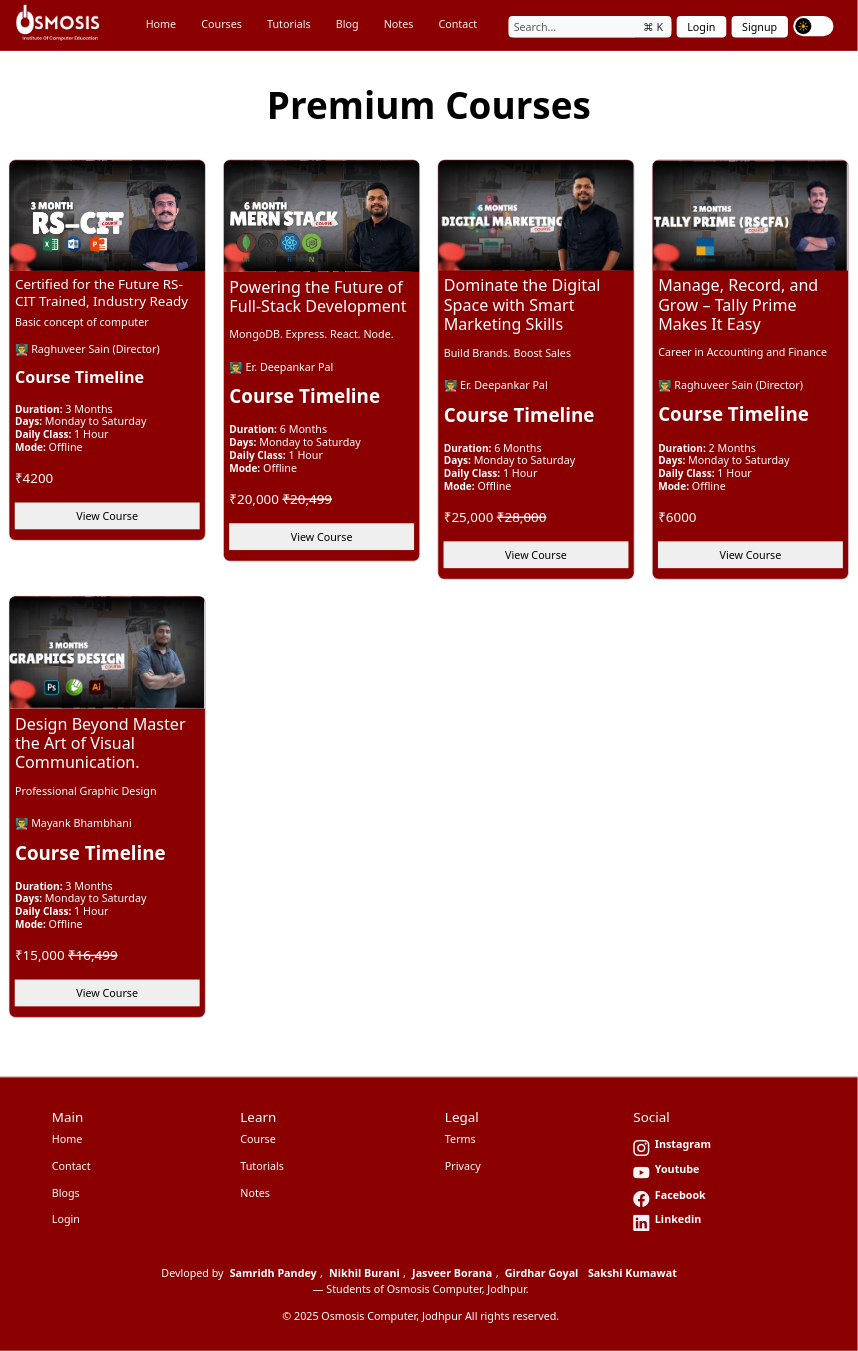
Repository: samriidhpandey/osmosis
Page: /Courses
An editor plug-in stored every save of this project. The page is shown before and after the next save, followed by the edit.
The browser window is 1280 px wide. The pictures show the whole page, at 67% of full size.
The project was rebuilt for these pictures with package versions that can differ from the ones it lists, and the page was loaded fresh each time. Also part of the build but not shown: vite.config.js, src/Section2.jsx, src/Section3.jsx, src/Section4.jsx, src/InfiniteReviewScroll.jsx, src/Section5.jsx, src/TypingText.jsx, src/AnimatedName.jsx and 103 more. Imported but missing from the stored project, and not drawn on this page: src/Images/final-app-on-mobile.mp4, src/Images/final-app-on-pc.mp4, src/Images/open-terminals.mp4, src/Images/python-location.mp4.

Above is the page before, as saved 2025-07-21 16:34:38.

After the next save:
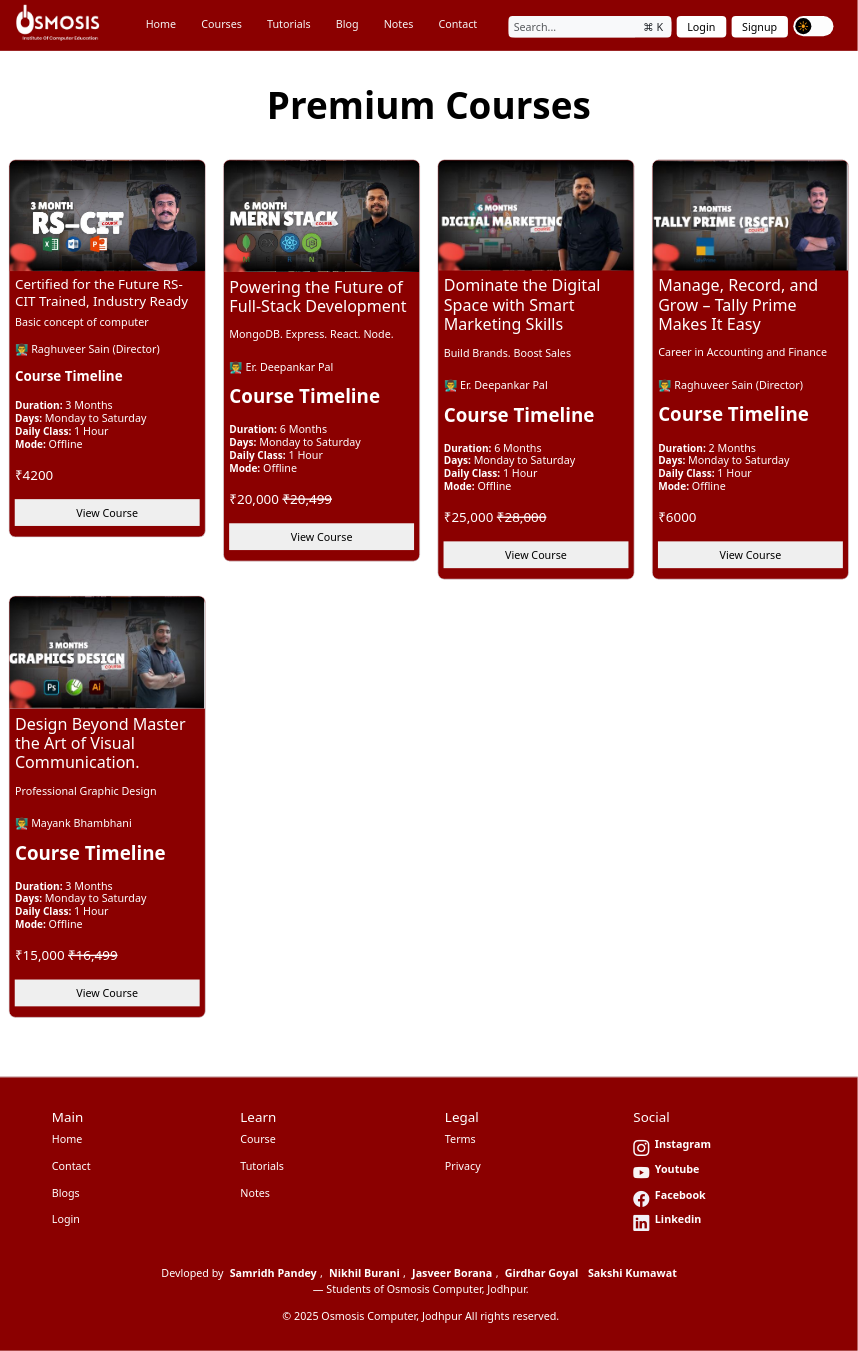
Saved 20 s later.
--- a/src/Component2/Courses.jsx
+++ b/src/Component2/Courses.jsx
@@ -54,7 +54,7 @@
             <h5 className=''>Certified for the Future RS-CIT Trained, Industry Ready</h5>
             <p className=''>Basic concept of computer</p>
             <p className=''>👨‍🏫 Raghuveer Sain (Director)</p>
-            <h4 className='m-0' style={headingStyle}>Course Timeline</h4>
+            <h5 className='m-0' style={headingStyle}>Course Timeline</h5>
       <p style={itemStyle}><strong>Duration:</strong> 3 Months</p>
       <p style={itemStyle}><strong>Days:</strong> Monday to Saturday</p>
       <p style={itemStyle}><strong>Daily Class:</strong> 1 Hour</p>
